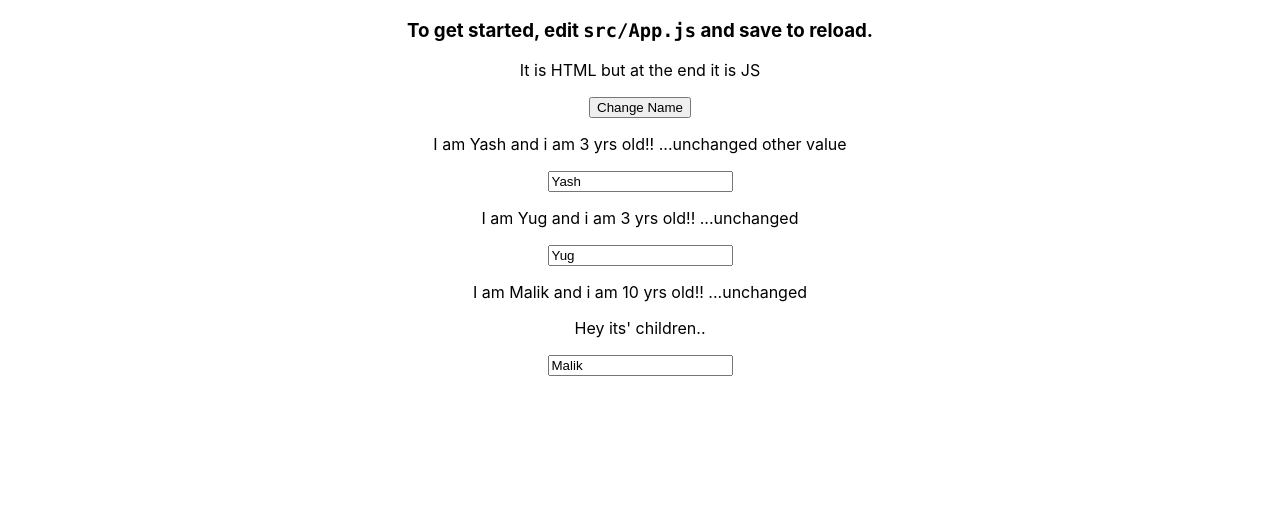
Repository: RohitMalik2/Rohit_react
Page: /
These files come from the project's save history. The page is drawn as it stood at one moment and after the next save; the edit follows.
The browser window is 1280 px wide. The pictures show the whole page.
The project was rebuilt for these pictures with package versions that can differ from the ones it lists, and the page was loaded fresh each time.

Above is the page before, as saved 2019-11-06 22:49:22.

After the next save:
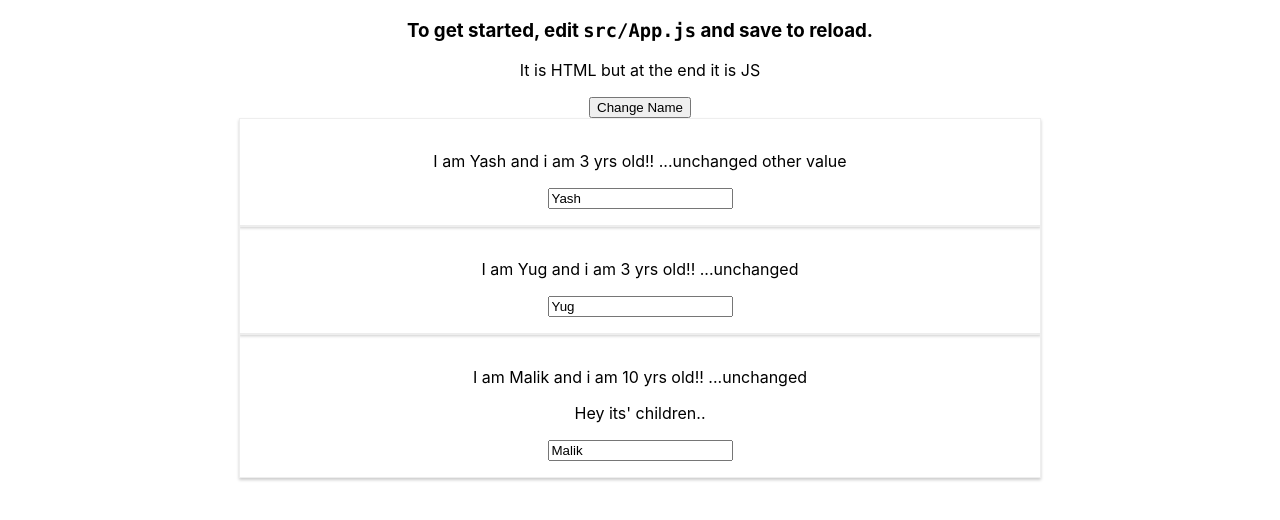
Saved 57 s later.
--- a/src/Person/Person.js
+++ b/src/Person/Person.js
@@ -1,9 +1,10 @@
 import React from 'react'; // We need to import react bcz below JSX is converted
 // to React element by React only
+import './Person/Person.css';
 
 const person = (props) => {
     return (
-       <div>
+       <div className='Person'>
        <p onClick={props.click}>I am {props.name}  and i am {props.age} yrs old!! ...unchanged {props.other}</p>
         <p>{props.children}</p>
         <input type='text' onChange={props.changed} value={props.name}/>
